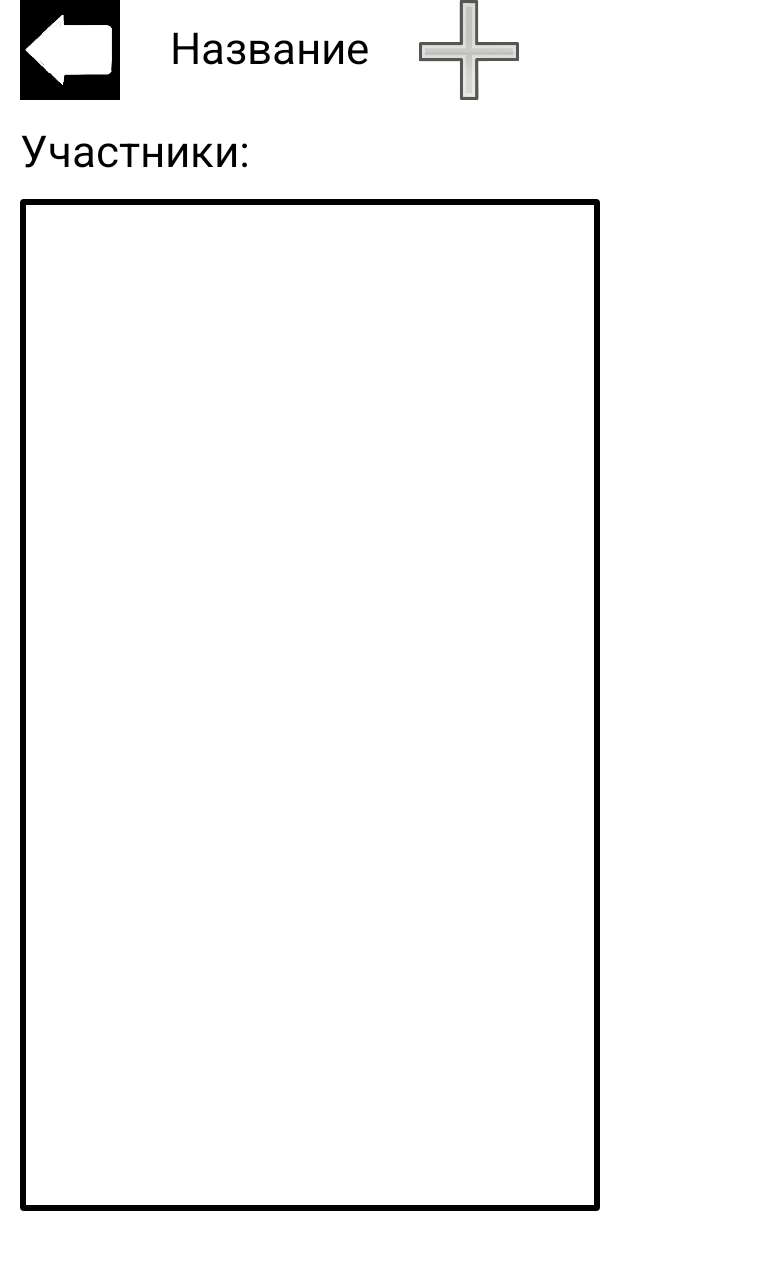
Repository: webguild/RedmineMobile
Layout: Android/RedmineAndroid/res/layout/project_settings_worker.xml
These files come from the project's save history. The layout is drawn as it stood at one moment and after the next save; the edit follows.
It is drawn on a 768 x 1280 px phone screen (xhdpi) without system bars, with theme AppTheme; the app's code is not run. Lists and similar views that code fills are empty.

Above is the layout before, as saved 2013-01-18 13:28:17.

After the next save:
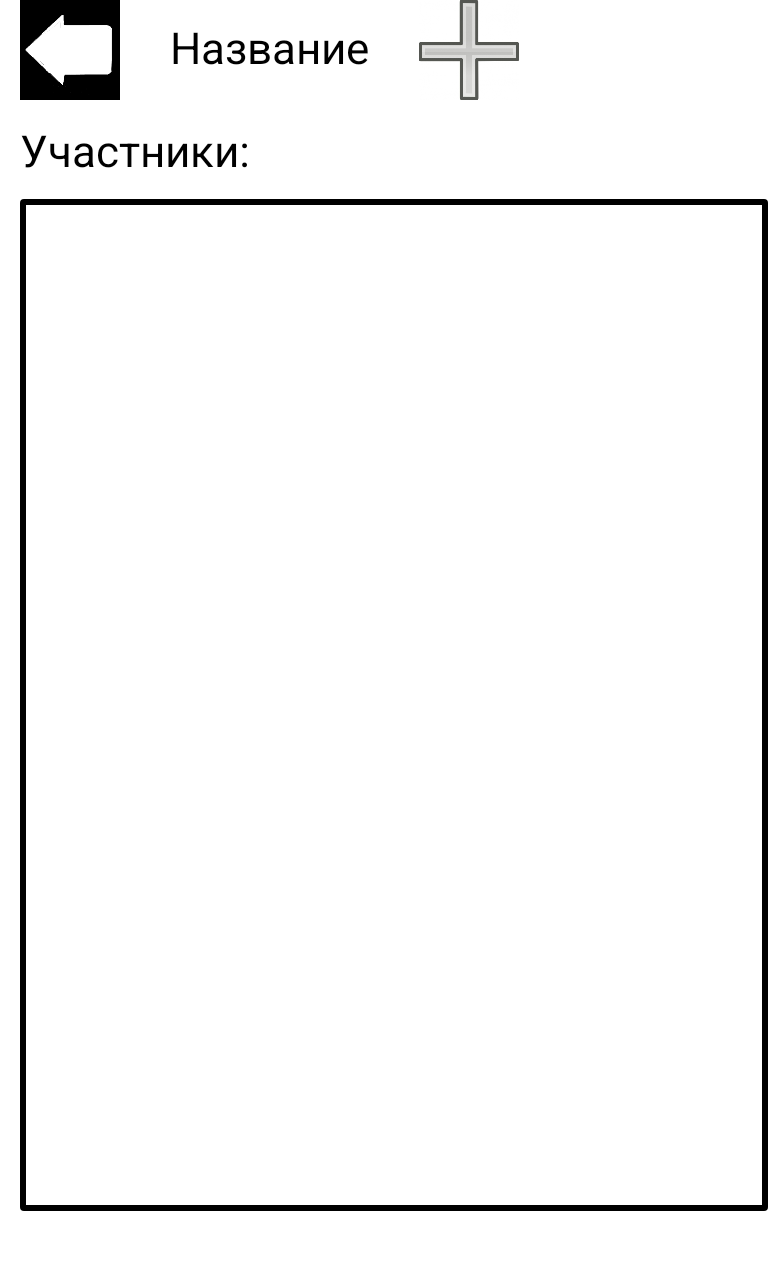
Saved 83 s later.
--- a/Android/RedmineAndroid/res/layout/project_settings_worker.xml
+++ b/Android/RedmineAndroid/res/layout/project_settings_worker.xml
@@ -44,7 +44,8 @@
     <FrameLayout
         android:layout_width="match_parent"
         android:layout_height="wrap_content"
-        android:layout_marginTop="10dp" >
+        android:layout_marginTop="10dp"
+        android:background="@drawable/customborder" >
 
         <ScrollView
             android:layout_width="fill_parent"
@@ -54,7 +55,7 @@
             <FrameLayout
                 android:layout_width="290dp"
                 android:layout_height="wrap_content"
-                android:background="@drawable/customborder" >
+                 >
 
                 <ListView
                     android:id="@+id/listView1"
